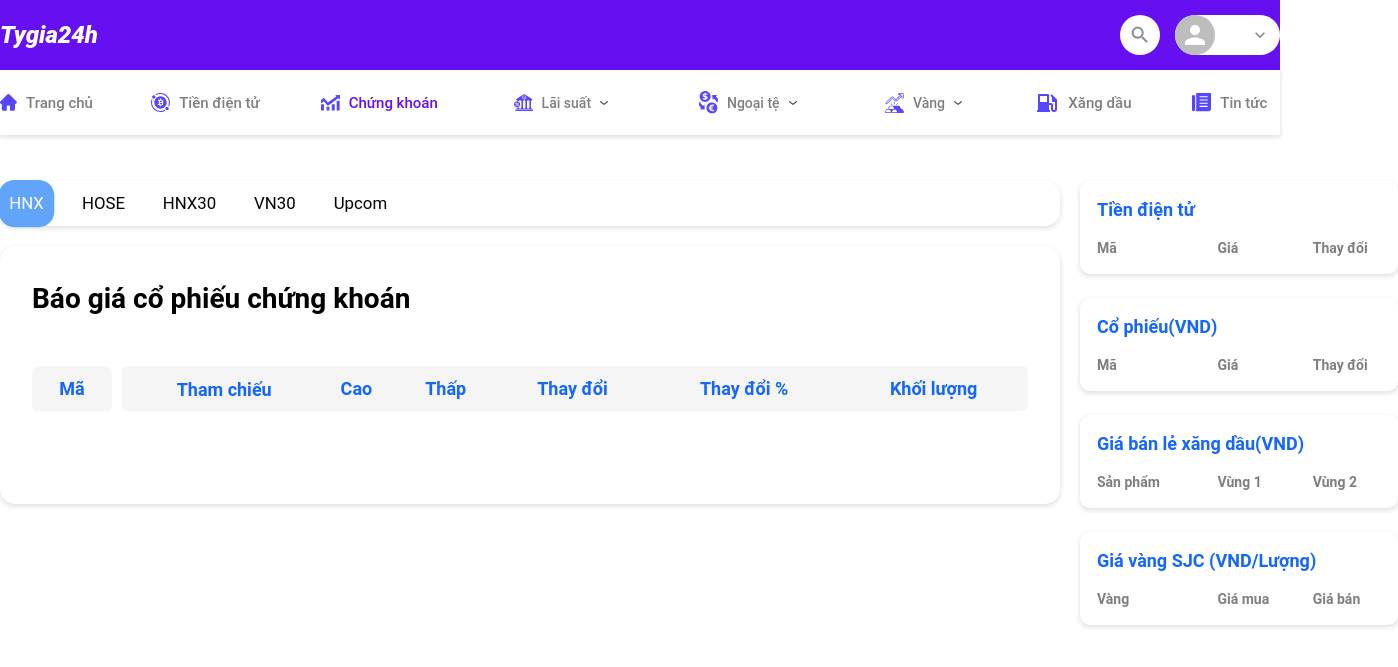
Repository: Kiendz3202/webtygia-frontend
Page: /co-phieu/hnx
These files come from the project's save history. The page is drawn as it stood at one moment and after the next save; the edit follows.
The browser window is 1280 px wide. The page is 1398 px wide, so the pictures cover 1398 px, including what lies to the right of the window. The pictures show the whole page.
The page's requests for data from a server got no answer. The project was rebuilt for these pictures with package versions that can differ from the ones it lists, and the page was loaded fresh each time. Some packages were replaced by stand-ins written for this rebuild. The framework's server and built-in components were replaced by stand-ins that run in the browser. No one was signed in, and anything a server would have sent is missing. Also part of the build but not shown: next.config.js, components/layouts/mainLayout/menuSideBar/index.js, components/layouts/mainLayout/referenceSideBar/CategoryFollowing.js, components/item/stock/StockItem.js, components/pagination/PaginationCoinList.js.

Above is the page before, as saved 2023-03-23 10:06:51.

### pages/_app.js
import '../styles/globals.css';
// import MainLayout from '@components/layouts/mainLayout';
import { QueryClient, QueryClientProvider, Hydrate } from 'react-query';
import { ReactQueryDevtools } from 'react-query/devtools';
import React from 'react';

function MyApp({ Component, pageProps }) {
	const [queryClient] = React.useState(() => new QueryClient());
	return (
		<QueryClientProvider client={queryClient}>
			{/* <MainLayout> */}
			<Hydrate state={pageProps.dehydratedState}>
				<Component {...pageProps} />
			</Hydrate>
			{/* </MainLayout> */}
			{/* <ReactQueryDevtools initialIsOpen={true} /> */}
		</QueryClientProvider>
	);
}

export default MyApp;

### pages/co-phieu/hnx/index.js
import HnxStockView from '@views/co-phieu/hnx';
import React from 'react';

function HnxStockPage() {
	return <HnxStockView />;
}

export default HnxStockPage;

### styles/globals.css
@tailwind base;
@tailwind components;
@tailwind utilities;

/* #__next {
	@apply bg-[#F5F5F5];
} */

@import './font.css';

@layer base {
	html {
		/* font-size: calc(15px + 0.390625vw); //15px */
		font-size: 10px;
	}

	* {
		box-sizing: border-box;
	}

	/* @media (max-width: 640px) {
		html {
			font-size: 7px;
		}
	}

	@media (min-width: 640px) {
		html {
			font-size: 7px;
		}
	}

	@media (min-width: 768px) {
		html {
			font-size: 8px;
		}
	}

	@media (min-width: 1024px) {
		html {
			font-size: 9px;
		}
	}

	@media (min-width: 1280px) {
		html {
			font-size: 10px;
		}
	} */

	@media (max-width: 640px) {
		html {
			font-size: 8px;
		}
	}

	@media (min-width: 640px) {
		html {
			font-size: 9px;
		}
	}

	/* @media (min-width: 768px) {
		html {
			font-size: 9px;
		}
	} */

	@media (min-width: 1024px) {
		html {
			font-size: 10px;
		}
	}

	/* @media (min-width: 1280px) {
		html {
			font-size: 10px;
		}
	} */
}

/* @layer base {
	ul,
	ol {
		list-style: revert;
	}
} */

/* html,
body {
	padding: 0;
	margin: 0;
	font-family: -apple-system, BlinkMacSystemFont, Segoe UI, Roboto, Oxygen,
		Ubuntu, Cantarell, Fira Sans, Droid Sans, Helvetica Neue, sans-serif;
}

a {
	color: inherit;
	text-decoration: none;
}

* {
	box-sizing: border-box;
}

@media (prefers-color-scheme: dark) {
	html {
		color-scheme: dark;
	}
	body {
		color: white;
		background: black;
	}
} */
.ql-container {
	font-size: 18px !important;
}

### views/co-phieu/hnx/index.js
import MainLayout from '@components/layouts/mainLayout';
import StockList from '@components/listItem/stock/StockList';
import StockNavigation from '@components/navigation/StockNavigation';
import PaginationCoinList from '@components/pagination/PaginationCoinList';
import Loading from '@components/UI/Loading';
import { useStockList } from '@services/stock/useStock';
import { useUserPopulateSymbolStock } from '@services/user/useUser';
import axios from 'axios';
import { useRouter } from 'next/router';
import React, { useEffect, useState } from 'react';

function HnxStockView() {
	// const [email, setEmail] = useState();
	const [user, setUser] = useState();
	const [pageNumber, setPageNumber] = useState(1);
	const [exchangeName, setExchangeName] = useState('hnx');
	const router = useRouter();

	const { data, isLoading, isError, error, isFetching } = useStockList(
		exchangeName,
		pageNumber
	);

	const { data: userFromDb } = useUserPopulateSymbolStock();

	useEffect(() => {
		// setEmail(localStorage.getItem('email'));
		// setCoinData(data);
		if (userFromDb) {
			setUser(userFromDb);
		}
	}, [userFromDb]);

	const saveStocks = async (symbol) => {
		try {
			const idStockDetail = await axios
				.get(`${process.env.NEXT_PUBLIC_BASE_URL}/stock/${symbol}`)
				.then((res) => res.data.data[0]._id);

			const res = await axios
				.post(`${process.env.NEXT_PUBLIC_BASE_URL}/follow`, {
					email: localStorage.getItem('email'),
					itemId: idStockDetail,
					category: 'stock',
					detailModel: 'StockDetail',
					followCategory: 'followStocks',
				})
				.then(function (response) {
					console.log('success');
				});

			const user = await axios
				.get(
					`${
						process.env.NEXT_PUBLIC_BASE_URL
					}/user-populate-symbol-stock/${localStorage.getItem(
						'email'
					)}`
				)
				.then((res) => res.data.data[0]);
			setUser(user);
		} catch (error) {
			console.log(error);
		}
	};

	const deleteStocks = async (symbol) => {
		try {
			const idStockDetail = await axios
				.get(`${process.env.NEXT_PUBLIC_BASE_URL}/stock/${symbol}`)
				.then((res) => res.data.data[0]._id);
			const res = await axios
				.post(`${process.env.NEXT_PUBLIC_BASE_URL}/unfollow`, {
					email: localStorage.getItem('email'),
					itemId: idStockDetail,
					category: 'stock',
					detailModel: 'StockDetail',
					followCategory: 'followStocks',
				})
				.then(function (response) {
					console.log('success');
				});

			const user = await axios
				.get(
					`${
						process.env.NEXT_PUBLIC_BASE_URL
					}/user-populate-symbol-stock/${localStorage.getItem(
						'email'
					)}`
				)
				.then((res) => res.data.data[0]);
			setUser(user);
		} catch (error) {
			console.log(error);
		}
	};

	return (
		<>
			<MainLayout>
				<div className="mt-[1rem] lg:mt-[4.6rem] mb-[2.5rem]">
					<StockNavigation />
					<div className=" h-auto sm:mt-[2rem] mb-[2.5rem]  bg-white-text rounded-[1.5rem] px-[3.2rem] py-[3.2rem] shadow-shadow-custom">
						<h1 className="text-[2.8rem] font-semibold">
							Báo giá cổ phiếu chứng khoán
						</h1>

						<div className="overflow-x-auto w-full">
							<table className="w-[99.6rem] mt-[4rem] border-separate border-spacing-y-[6px]">
								<thead className="text-[1.8rem] font-medium h-[4.5rem] text-blue-text">
									<tr>
										{/* w-[4.8rem] */}
										<th className="w-[8rem]  bg-back-ground-1  rounded-[0.6rem] ">
											Mã
										</th>
										<th className="w-[10px] bg-white"></th>
										{/* <th className="w-[16rem] max-w-[16rem] bg-back-ground-1 text-center pl-[3rem]">
                                Tên cổ phiếu
                            </th> */}
										<th className=" bg-[#F5F5F5] block h-[4.5rem] leading-[4.5rem]  rounded-l-[0.6rem] text-center">
											Tham chiếu
										</th>
										<th className=" bg-back-ground-1 text-center w-[6rem]">
											Cao
										</th>
										<th className=" bg-back-ground-1 text-center pl-[1rem]">
											Thấp
										</th>
										<th className=" bg-back-ground-1 text-center ">
											Thay đổi
										</th>
										<th className=" bg-back-ground-1  text-center ">
											Thay đổi %
										</th>
										<th className=" bg-back-ground-1  text-center rounded-r-[0.6rem]">
											Khối lượng
										</th>
									</tr>
									<tr className="h-[4px] bg-white"></tr>
								</thead>
								<tbody className=" h-[4.5rem] text-blue-text">
									<StockList
										saveStocks={saveStocks}
										deleteStocks={deleteStocks}
										user={user}
										data={data?.stockList}
										isLoading={isLoading}
										isError={isError}
										// exchangeName={exchangeName}
									/>
								</tbody>
							</table>
							{isLoading && <Loading />}
						</div>
						<div className="w-full">
							{data && (
								<PaginationCoinList
									page={data?.pages}
									setPageNumber={setPageNumber}
									pageNav={pageNumber}
									router={router}
								/>
							)}
						</div>
					</div>
				</div>
			</MainLayout>
		</>
	);
}

export default HnxStockView;

### components/layouts/mainLayout/index.js
import { useEffect, useState } from 'react';
// import Header from './header';
import MenuSideBar from './menuSideBar';
import ReferenceSideBar from './referenceSideBar';
import dynamic from 'next/dynamic';
import NavigationHeader from './navigationHeader.js';
// const Header = dynamic(() => import('./header/index'), {
// 	ssr: false,
// });
import Header from './header/index';
// import BottomNavigation from './bottomNavigation';
const BottomNavigation = dynamic(() => import('./bottomNavigation'), {
	ssr: false,
});

function MainLayout({ children }) {
	const [marginTop, setMarginTop] = useState();
	useEffect(() => {
		const headerElement = document.getElementById('header');
		window.onresize = function () {
			if (headerElement?.offsetHeight > 0) {
				setMarginTop(headerElement.offsetHeight);
				// console.log(headerElement.offsetHeight);
			}
		};
	}, []);
	return (
		<div>
			<BottomNavigation />
			<div className="relative">
				<Header />
				<NavigationHeader />
				<div className="container mx-auto max-w-[144rem]">
					<div
						id="main-content"
						className="flex justify-between max-w-[144rem] mx-auto"
					>
						{/* <MenuSideBar /> */}
						{/* max-w-[89.5rem] */}
						{/* sm:mt-[16.3rem] */}
						<div
							className={`w-full  h-full lg:mr-[2rem] mx-auto pb-[6rem]`}
						>
							{children}
						</div>
						<ReferenceSideBar />
					</div>
				</div>
				{/* <BottomNavigation /> */}
			</div>
		</div>
	);
}

export default MainLayout;

### components/listItem/stock/StockList.js
import StockItem from '@components/item/stock/StockItem';
import { useStockList } from '@services/stock/useStock';

function StockList({
	data,
	isLoading,
	isError,
	user,
	saveStocks,
	deleteStocks,
}) {
	// const { data, isLoading, isError, error, isFetching } = useStockList('hnx');
	// if (isLoading) {
	// 	return (
	// 		<tr>
	// 			<td>Đang tải</td>
	// 		</tr>
	// 	);
	// }
	// if (isError) {
	// 	return (
	// 		<tr>
	// 			<td>{error.message}</td>
	// 		</tr>
	// 	);
	// }
	return (
		<>
			{data &&
				data.map((stock, index) => (
					<StockItem
						saveStocks={saveStocks}
						deleteStocks={deleteStocks}
						user={user}
						key={stock.symbol}
						stock={stock}
						index={index}
						// exchangeName={exchangeName}
					/>
				))}
		</>
	);
}

export default StockList;

### components/UI/Loading.js
function Loading() {
	return (
		<div className="center">
			<div className="wave"></div>
			<div className="wave"></div>
			<div className="wave"></div>
			<div className="wave"></div>
			<div className="wave"></div>
			<div className="wave"></div>
			<div className="wave"></div>
			<div className="wave"></div>
			<div className="wave"></div>
			<div className="wave"></div>
			<style jsx>{`
				.center {
					height: 50px;
					display: flex;
					justify-content: center;
					align-items: center;
					/* background: #000; */
				}
				.wave {
					width: 2px;
					height: 30px;
					background: linear-gradient(45deg, cyan, #fff);
					margin: 10px;
					animation: wave 1s linear infinite;
					border-radius: 20px;
				}
				.wave:nth-child(2) {
					animation-delay: 0.1s;
				}
				.wave:nth-child(3) {
					animation-delay: 0.2s;
				}
				.wave:nth-child(4) {
					animation-delay: 0.3s;
				}
				.wave:nth-child(5) {
					animation-delay: 0.4s;
				}
				.wave:nth-child(6) {
					animation-delay: 0.5s;
				}
				.wave:nth-child(7) {
					animation-delay: 0.6s;
				}
				.wave:nth-child(8) {
					animation-delay: 0.7s;
				}
				.wave:nth-child(9) {
					animation-delay: 0.8s;
				}
				.wave:nth-child(10) {
					animation-delay: 0.9s;
				}

				@keyframes wave {
					0% {
						transform: scale(0);
					}
					50% {
						transform: scale(1);
					}
					100% {
						transform: scale(0);
					}
				}
			`}</style>
		</div>
	);
}
export default Loading;

### services/stock/useStock.js
import { useQuery } from 'react-query';
import axios from 'axios';

export const useStockList = (nameExchange, page) => {
	const fetchStocks = async (page) => {
		return axios
			.get(
				`${process.env.NEXT_PUBLIC_BASE_URL}/stock/${nameExchange}?per_page=50&page=${page}`
			)
			.then((res) => res.data.data)
			.catch((err) => console.log(err));
	};

	return useQuery(
		[`stockListHnx/${nameExchange}`, page],
		() => fetchStocks(page),
		{
			cacheTime: 3600000,
			// refetchOnWindowFocus: false,
			staleTime: 900000,
			refetchInterval: 900000,
		}
	);
	// return getlistQuery;
};

export const useStockListHnx = (nameExchange, page) => {
	const fetchStocks = async (page) => {
		return axios
			.get(
				`${process.env.NEXT_PUBLIC_BASE_URL}/stock/${nameExchange}?per_page=50&page=${page}`
			)
			.then((res) => res.data.data)
			.catch((err) => console.log(err));
	};

	return useQuery(['stockListHnx', page], () => fetchStocks(page), {
		cacheTime: 3600000,
		// refetchOnWindowFocus: false,
		staleTime: 900000,
		refetchInterval: 900000,
	});
	// return getlistQuery;
};

export const useStockListHose = (nameExchange, page) => {
	const fetchStocks = async (page) => {
		return axios
			.get(
				`${process.env.NEXT_PUBLIC_BASE_URL}/stock/${nameExchange}?per_page=50&page=${page}`
			)
			.then((res) => res.data.data)
			.catch((err) => console.log(err));
	};

	return useQuery(['stockListHose', page], () => fetchStocks(page), {
		cacheTime: 3600000,
		// refetchOnWindowFocus: false,
		staleTime: 900000,
		refetchInterval: 900000,
	});
	// return getlistQuery;
};

export const useStockListHnx30 = (nameExchange, page) => {
	const fetchStocks = async (page) => {
		return axios
			.get(
				`${process.env.NEXT_PUBLIC_BASE_URL}/stock/${nameExchange}?per_page=50&page=${page}`
			)
			.then((res) => res.data.data)
			.catch((err) => console.log(err));
	};

	return useQuery(['stockListHnx30', page], () => fetchStocks(page), {
		cacheTime: 3600000,
		// refetchOnWindowFocus: false,
		staleTime: 900000,
		refetchInterval: 900000,
	});
	// return getlistQuery;
};

export const useStockListVn30 = (nameExchange, page) => {
	const fetchStocks = async (page) => {
		return axios
			.get(
				`${process.env.NEXT_PUBLIC_BASE_URL}/stock/${nameExchange}?per_page=50&page=${page}`
			)
			.then((res) => res.data.data)
			.catch((err) => console.log(err));
	};

	return useQuery(['stockListVn30', page], () => fetchStocks(page), {
		cacheTime: 3600000,
		// refetchOnWindowFocus: false,
		staleTime: 900000,
		refetchInterval: 900000,
	});
	// return getlistQuery;
};

export const useStockListUpcom = (nameExchange, page) => {
	const fetchStocks = async (page) => {
		return axios
			.get(
				`${process.env.NEXT_PUBLIC_BASE_URL}/stock/${nameExchange}?per_page=50&page=${page}`
			)
			.then((res) => res.data.data)
			.catch((err) => console.log(err));
	};

	return useQuery(['stockListUpcom', page], () => fetchStocks(page), {
		cacheTime: 3600000,
		// refetchOnWindowFocus: false,
		staleTime: 900000,
		refetchInterval: 900000,
	});
	// return getlistQuery;
};

export const useStockPriceDetail = (symbol) => {
	const fetchStock = async () => {
		return axios
			.get(`${process.env.NEXT_PUBLIC_BASE_URL}/stock/${symbol}`)
			.then((res) => res.data.data[0])
			.catch((err) => console.log(err));
	};

	return useQuery(`/stock/${symbol}`, fetchStock, {
		cacheTime: 3600000,
		// refetchOnWindowFocus: false,
		staleTime: 900000,
		refetchInterval: 900000,
	});
	// return getlistQuery;
};

export const useStockDescription = (symbol) => {
	const fetchStock = async (symbol) => {
		return axios
			.get(
				`${process.env.NEXT_PUBLIC_BASE_URL}/stock/description/${symbol}`
			)
			.then((res) => res.data)
			.catch((err) => console.log(err));
	};

	return useQuery([`getStockDescription`, symbol], () => fetchStock(symbol), {
		cacheTime: Infinity,
		// refetchOnWindowFocus: false,
		staleTime: Infinity,
		// refetchInterval: 10000,
	});
	// return getlistQuery;
};

export const useStockChart = (symbol, days) => {
	const fetchStock = async () => {
		return axios
			.get(
				`${process.env.NEXT_PUBLIC_BASE_URL}/stock/chart/${symbol}?days=${days}`
			)
			.then((res) => res.data.data[0])
			.catch((err) => console.log(err));
	};

	return useQuery(`/stock/chart/${symbol}?days=${days}`, fetchStock, {
		cacheTime: 3600000,
		// refetchOnWindowFocus: false,
		staleTime: 300000,
		// refetchInterval: 5000,
	});
	// return getlistQuery;
};

export const useUsdToVnd = (symbol, days) => {
	const fetchUsdToVnd = async () => {
		return axios
			.get(`${process.env.NEXT_PUBLIC_BASE_URL}/exchangeRate/usd-to-vnd`)
			.then((res) => res.data.data[0])
			.catch((err) => console.log(err));
	};

	return useQuery(`/exchangeRate/usd-to-vnd`, fetchUsdToVnd, {
		cacheTime: Infinity,
		// refetchOnWindowFocus: false,
		staleTime: 30 * 60 * 1000,
		// refetchInterval: 5000,
	});
	// return getlistQuery;
};

export const useUserStockReference = () => {
	const fetchCoins = async () => {
		return axios
			.post(
				`${process.env.NEXT_PUBLIC_BASE_URL}/stock/user-stock-reference`,
				{
					email: localStorage.getItem('email'),
				}
			)
			.then((res) => res.data)
			.catch((err) => console.log(err));
	};

	return useQuery(`/stock/user-stock-reference`, fetchCoins, {
		cacheTime: 3600000,
		// refetchOnWindowFocus: false,
		staleTime: 0,
		// refetchInterval: 5000,
	});
	// return getlistQuery;
};

### components/layouts/mainLayout/referenceSideBar/index.js
import React from 'react';
import Coin from './Coin';
import Stock from './Stock';
import CategoryFollowing from './CategoryFollowing';
import Petrol from './Petrol';
import Gold from './Gold';

function ReferenceSideBar() {
	return (
		<div className="hidden lg:block min-w-[31.8rem] ">
			{/* danh muc theo doi xuat hien khi dang nhap */}
			{/* <CategoryFollowing /> */}
			<Coin />
			<Stock />
			<Petrol />
			<Gold />
		</div>
	);
}

export default ReferenceSideBar;

### utils/useOnHoverOutside.js
import { useEffect } from 'react';

export function useOnHoverOutside(ref, handler) {
	useEffect(() => {
		const listener = (event) => {
			if (!ref.current || ref.current.contains(event.target)) {
				return;
			}
			handler(event);
		};
		document.addEventListener('mouseover', listener);
		return () => {
			document.removeEventListener('mouseout', listener);
		};
	}, [ref, handler]);
}

### tailwind.config.js
/** @type {import('tailwindcss').Config} */
module.exports = {
	// corePlugins: {
	// 	preflight: false,
	// },
	content: [
		'./pages/**/*.{js,ts,jsx,tsx}',
		'./components/**/*.{js,ts,jsx,tsx}',
		'./views/**/*.{js,ts,jsx,tsx}',
	],
	theme: {
		container: {
			// center: true,
		},
		extend: {
			colors: {
				'grey-boder': 'rgba(0, 0, 0, 0.25)',
				'grey-4': '#F2F3F7',
				'grey-text': '#7F7F7F',
				'grey-text-2': '#585C6C',
				'white-text': '#FFFFFF',
				'black-text': '#2F2F2F',
				'black-text-2': '#000000',
				'blue-text': '#1366FF',
				'blue-2': '#6610F2',
				'blue-icon': '#5646FF',
				'back-ground-1': '#F5F5F5',
				'back-text': '#333333',
				'active-bg': '#0030E0',
				'price-decrease': '#00BF3D',
				'price-increase': '#03A66D',
				'orange-1': '#FFA60C',
			},
			width: {},
			boxShadow: {
				'shadow-custom': '0px 2px 4px 1px rgba(0, 0, 0, 0.1)',
			},
			fontFamily: {
				sans: ['Roboto', 'Arial', 'sans-serif'],
			},
		},
	},
	plugins: [],
};

### components/detail/stock/TopPreviewStock.js
import React from 'react';

function TopPreviewStock() {
	return <div>TopPreviewStock</div>;
}

export default TopPreviewStock;

Loaded but not shown: components/layouts/mainLayout/header/NavigationHeaderMenu.js (379 lines, source omitted); components/layouts/mainLayout/navigationHeader.js/index.js (240 lines, source omitted); components/layouts/mainLayout/header/index.js (356 lines, source omitted); components/layouts/mainLayout/navigationHeader.js/InterestRateDropdown.js (159 lines, source omitted); components/layouts/mainLayout/navigationHeader.js/ExchangeRateDropdown.js (152 lines, source omitted); components/layouts/mainLayout/navigationHeader.js/GoldDropdown.js (137 lines, source omitted); components/layouts/mainLayout/referenceSideBar/Petrol.js (119 lines, source omitted); services/user/useUser.js (134 lines, source omitted); components/layouts/mainLayout/referenceSideBar/Coin.js (93 lines, source omitted); components/navigation/StockNavigation.js (74 lines, source omitted); components/layouts/mainLayout/bottomNavigation/index.js (76 lines, source omitted); components/layouts/mainLayout/referenceSideBar/Stock.js (68 lines, source omitted); components/layouts/mainLayout/referenceSideBar/Gold.js (70 lines, source omitted)

After the next save:
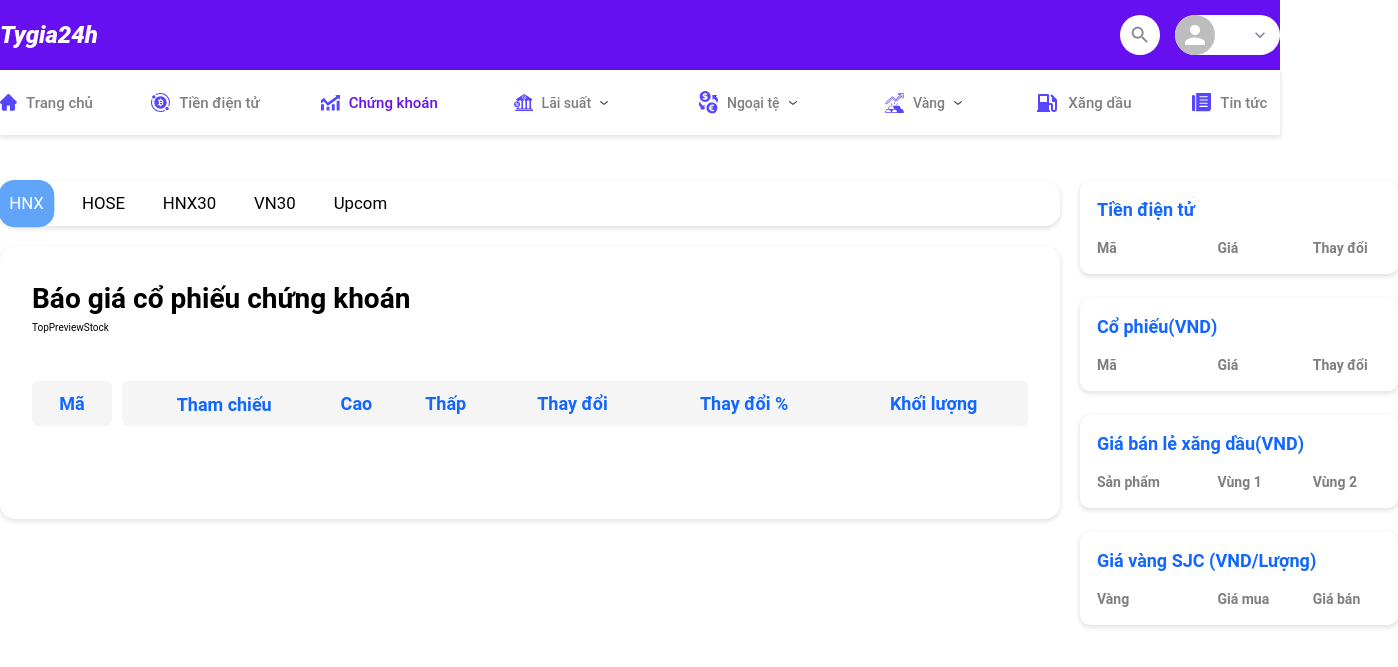
Saved 13 s later.
--- a/views/co-phieu/hnx/index.js
+++ b/views/co-phieu/hnx/index.js
@@ -1,3 +1,4 @@
+import TopPreviewStock from '@components/detail/stock/TopPreviewStock';
 import MainLayout from '@components/layouts/mainLayout';
 import StockList from '@components/listItem/stock/StockList';
 import StockNavigation from '@components/navigation/StockNavigation';
@@ -105,7 +106,9 @@ function HnxStockView() {
 						<h1 className="text-[2.8rem] font-semibold">
 							Báo giá cổ phiếu chứng khoán
 						</h1>
-
+						<div>
+							<TopPreviewStock />
+						</div>
 						<div className="overflow-x-auto w-full">
 							<table className="w-[99.6rem] mt-[4rem] border-separate border-spacing-y-[6px]">
 								<thead className="text-[1.8rem] font-medium h-[4.5rem] text-blue-text">

After the 5 saves that followed:
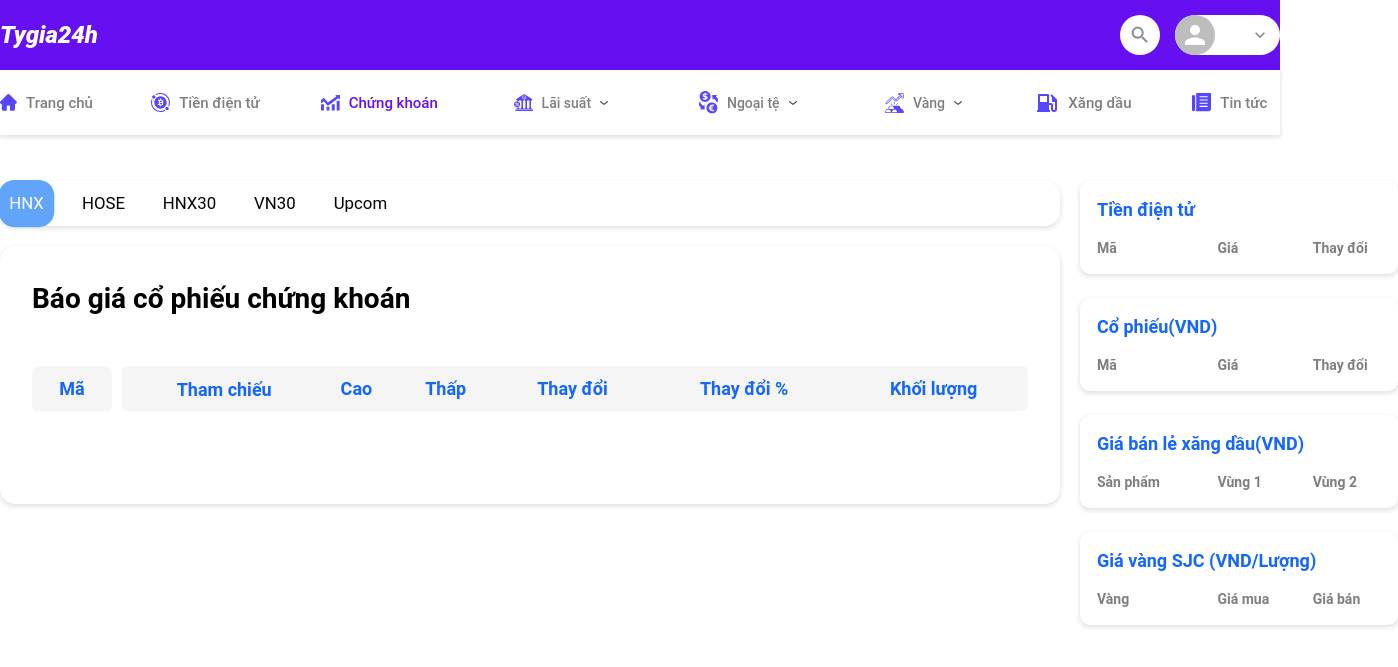
The 5 saves are shown as one change because 4 left the picture as it was.
The last was saved 4 min 36 s later.
--- a/services/stock/useStock.js
+++ b/services/stock/useStock.js
@@ -212,3 +212,22 @@ export const useUserStockReference = () => {
 	});
 	// return getlistQuery;
 };
+
+export const useStockPreview = () => {
+	const fetchCoins = async () => {
+		return axios
+			.get(
+				`${process.env.NEXT_PUBLIC_BASE_URL}/stock/stock-reference/preview`
+			)
+			.then((res) => res.data.data)
+			.catch((err) => console.log(err));
+	};
+
+	return useQuery(`/stock/stock-reference/preview`, fetchCoins, {
+		cacheTime: 3600000,
+		// refetchOnWindowFocus: false,
+		staleTime: 3600000,
+		// refetchInterval: 5000,
+	});
+	// return getlistQuery;
+};
--- a/components/detail/stock/TopPreviewStock.js
+++ b/components/detail/stock/TopPreviewStock.js
@@ -1,7 +1,12 @@
+import { useStockPreview } from '@services/stock/useStock';
 import React from 'react';
 
 function TopPreviewStock() {
-	return <div>TopPreviewStock</div>;
+	const { data, isLoading, isError, error, isFetching } = useStockPreview();
+	console.log(data);
+	return (
+		<div>{data && data.map((stock, index) => <div>stock.symbol</div>)}</div>
+	);
 }
 
 export default TopPreviewStock;
